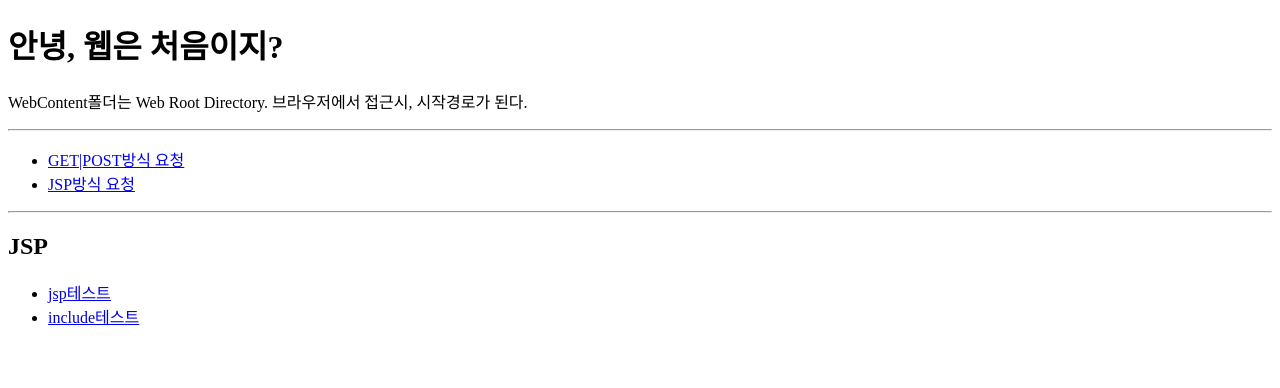
Repository: uriquely/web_server_assignment
Page: 210206_server_assignment/01_HelloWeb/WebContent/index.html
The author's editor kept a copy of each file at every save. The page is drawn from the files as they stood at one save, then again after the next save.
The browser window is 1280 px wide. The pictures show the whole page.

Above is the page before, as saved 2021-02-03 15:04:23.

### 210206_server_assignment/01_HelloWeb/WebContent/index.html
<!DOCTYPE html>
<html>
	<head>
		<meta charset="utf-8"/>
	</head>
	<body>
		<h1>안녕, 웹은 처음이지?</h1>
		<p>
			WebContent폴더는 Web Root Directory.
			브라우저에서 접근시, 시작경로가 된다.
		</p>
		<hr />
		<!-- ul+ -->
		<ul>
<!-- 		/ 로 시작한 절대주소.
			/ 현재 tomcat 서버를 가리킴.
			/web 현재 지역서버에 배포된 application인 01_HelloWeb의 context-root명
				web root directory(WebContent)의 시작
				/WebContent/servlet/testPerson1.html을 찾게 된다.

			하나의 톰캣 서버에는 여러가지 어플리케이션이 들어올 수 있다.
			그래서 어떤 어플리케이션인지 반드시 명시를 해야 함.
			우리는 web이라는 어플리케이션에 있는 루트에 접근을 하고 있다.

			-->
			<li><a href="/web/servlet/testPerson1.html">GET|POST방식 요청</a></li>
			<li><a href="/web/servlet/testPerson2.html">JSP방식 요청</a></li>
		</ul>
		<hr />
		<h2>JSP</h2>
		<!-- ul+>a -->
		<ul>
			<li><a href="/web/jsp/01_sum.jsp">jsp테스트</a></li>
			<li><a href="/web/jsp/02_fortune.jsp">include테스트</a></li>
		</ul>
	</body>
</html>

After the next save:
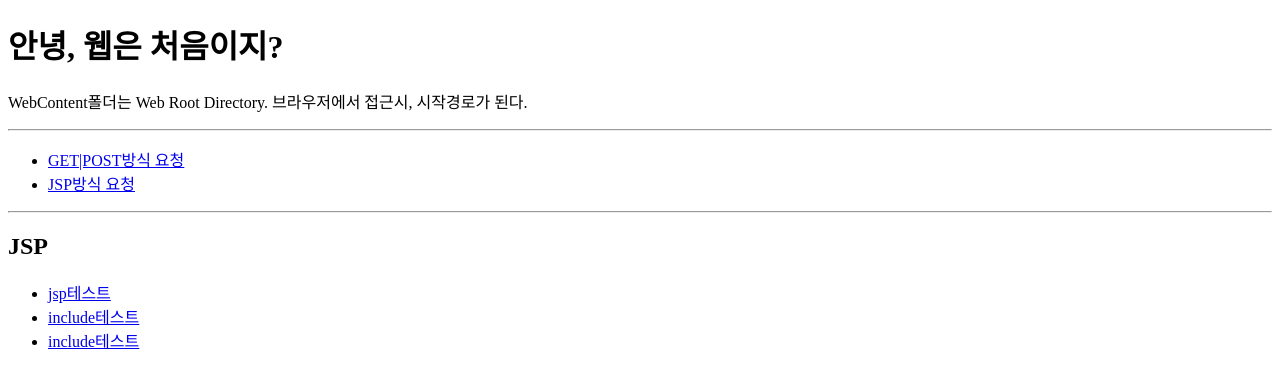
Saved 93 s later.
--- a/210206_server_assignment/01_HelloWeb/WebContent/index.html
+++ b/210206_server_assignment/01_HelloWeb/WebContent/index.html
@@ -32,6 +32,7 @@
 		<ul>
 			<li><a href="/web/jsp/01_sum.jsp">jsp테스트</a></li>
 			<li><a href="/web/jsp/02_fortune.jsp">include테스트</a></li>
+			<li><a href="/web/jsp/04_menu.jsp">include테스트</a></li>
 		</ul>
 	</body>
 </html>
